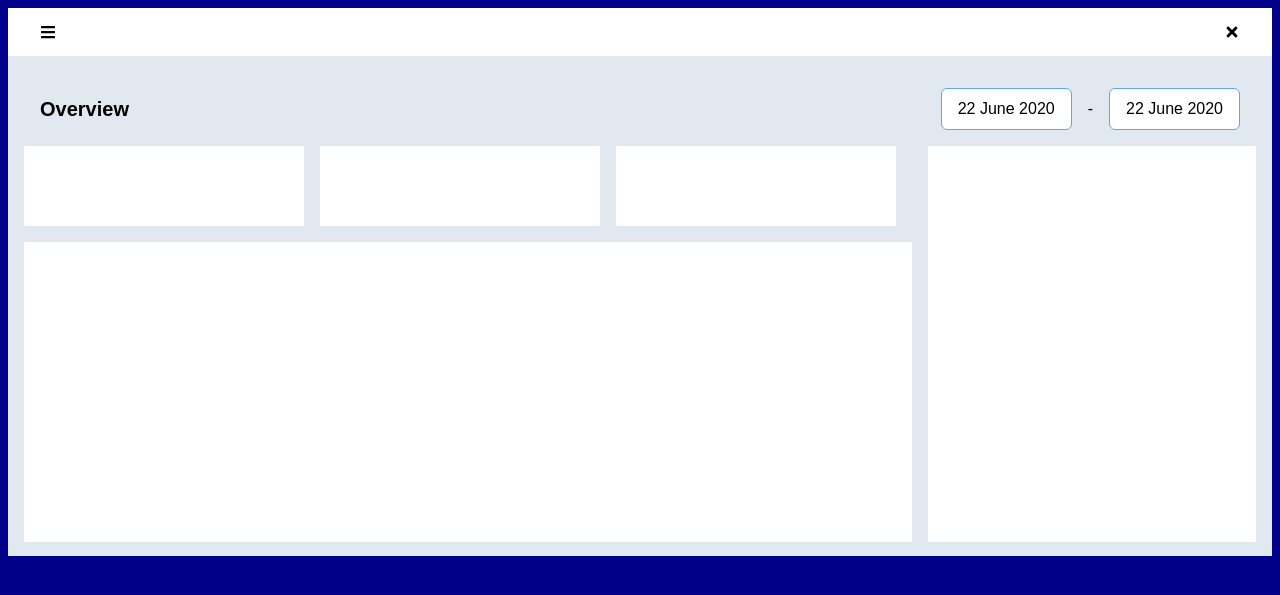
Repository: AngusOnyebuchi/Dashboard
Page: /contact
An editor plug-in stored every save of this project. The page is shown before and after the next save, followed by the edit.
The browser window is 1280 px wide. The pictures show the whole page.
The project was rebuilt for these pictures with package versions that can differ from the ones it lists, and the page was loaded fresh each time.

Above is the page before, as saved 2022-05-15 01:15:37.

After the next save:
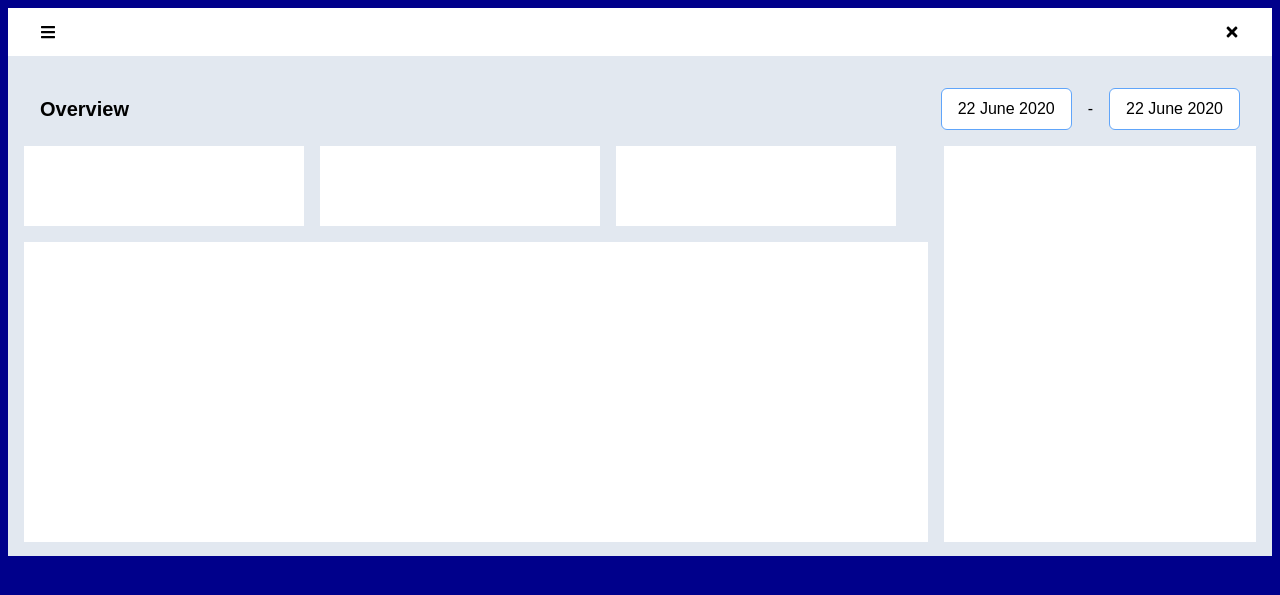
Saved 39 s later.
--- a/src/components/Home.js
+++ b/src/components/Home.js
@@ -35,7 +35,7 @@ export default function Home() {
             <div className='h-[80px] w-[280px] bg-white'></div>
           </div>
 
-          <div className='h-[300px] w-[888px] bg-white mt-4'></div>
+          <div className='h-[300px] w-[904px] bg-white mt-4'></div>
           </div>
 
           <div className='bg-white h-[396px] w-[384px]'></div>
